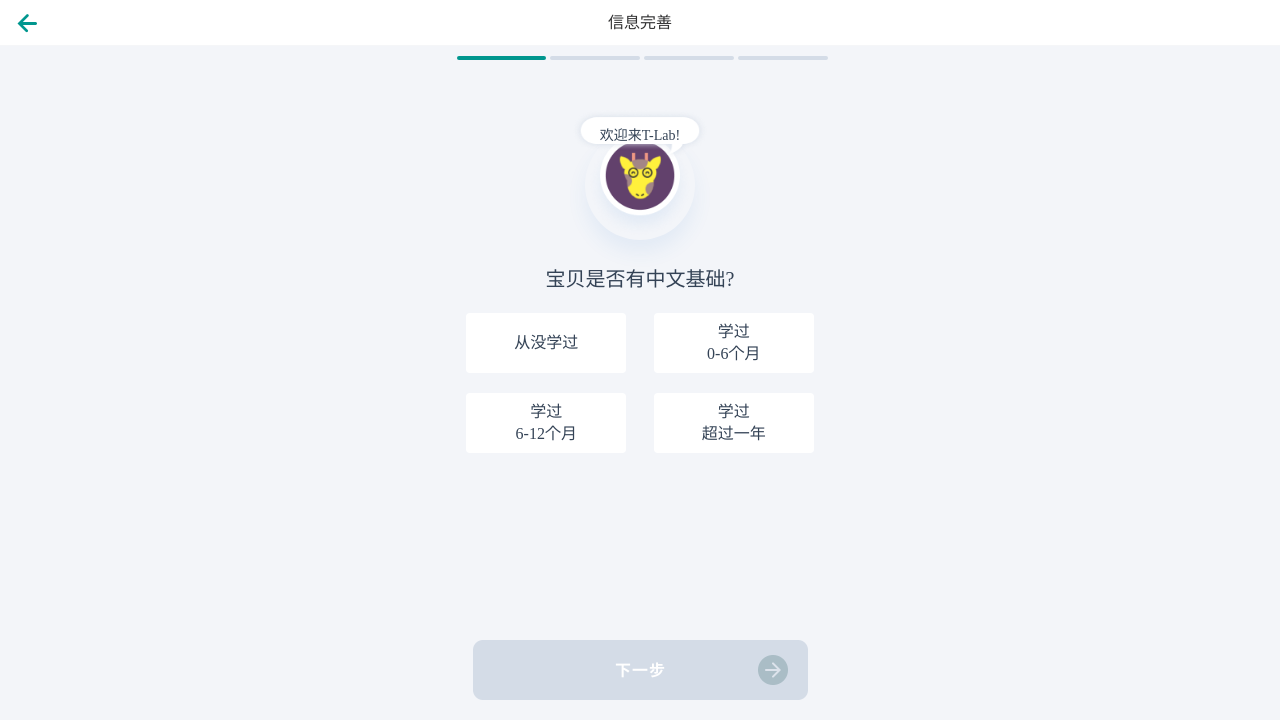
Repository: huangjf1/1
Page: /
An editor plug-in stored every save of this project. The page is shown before and after the next save, followed by the edit.
The browser window is 1280 px wide. The pictures show the whole page.
The project was rebuilt for these pictures with package versions that can differ from the ones it lists, and the page was loaded fresh each time. Also part of the build but not shown: vue.config.js.

Above is the page before, as saved 2021-08-24 12:10:45.

After the next save:
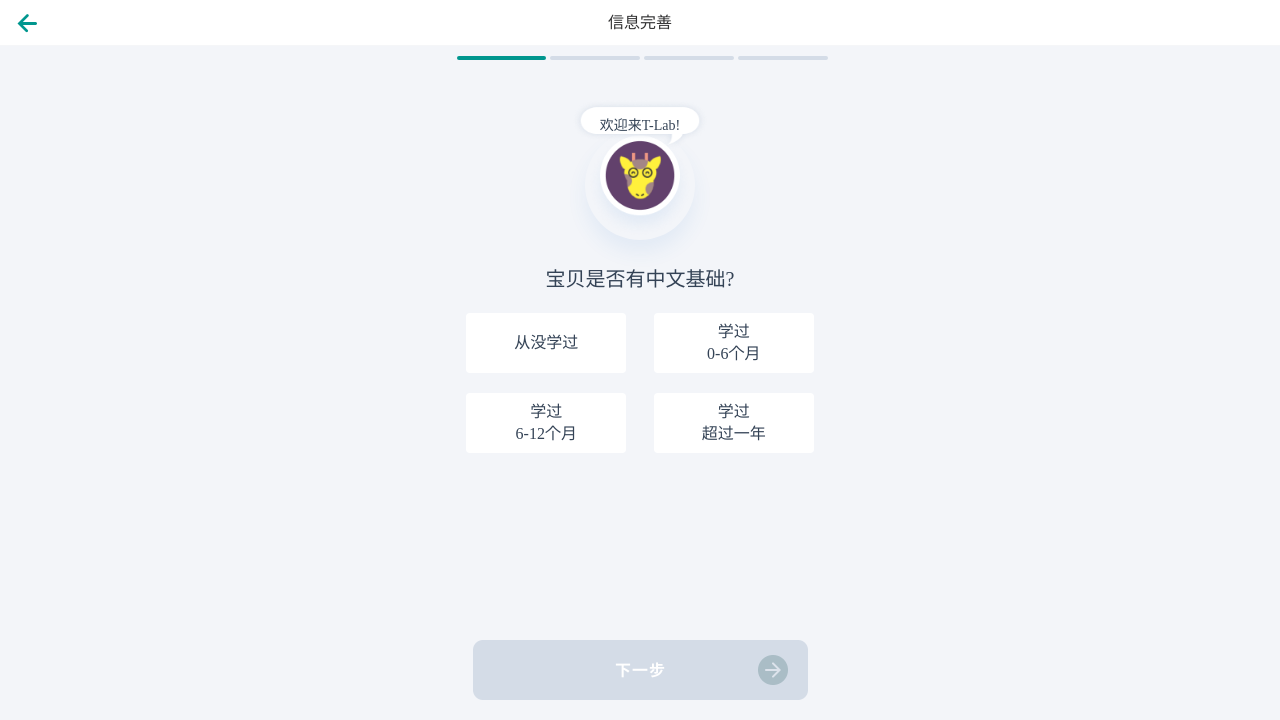
Saved 15 s later.
--- a/src/views/index.vue
+++ b/src/views/index.vue
@@ -380,7 +380,7 @@ export default {
             left: 0;
             right: 0;
             margin: auto;
-            top: 50px;
+            top: 40px;
             font-family: PingFang HK;
             font-style: normal;
             font-weight: 500;
